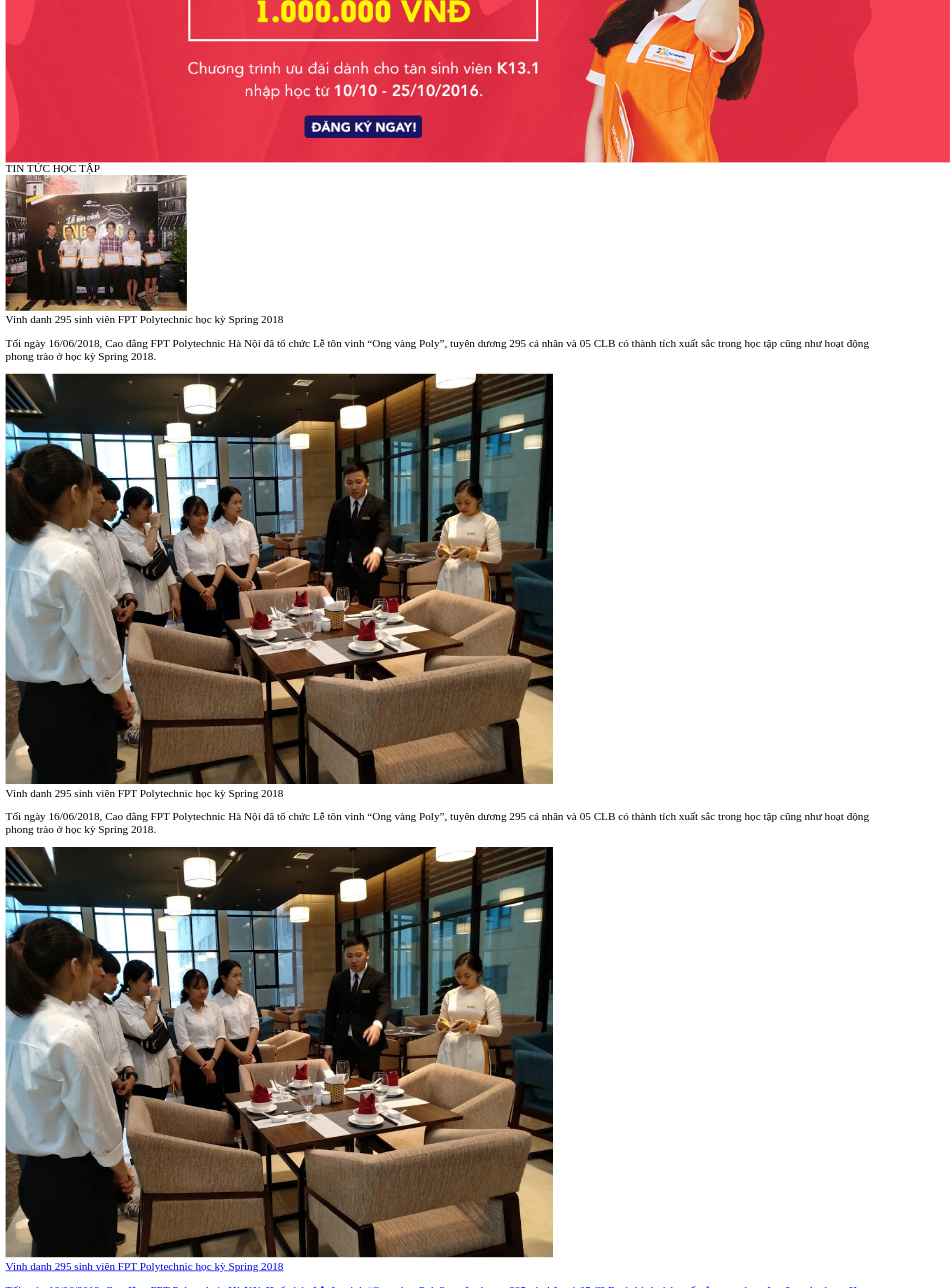
Repository: manhkkkk/assigntment
Page: index.html
These files come from the project's save history. The page is drawn as it stood at one moment and after the next save; the edit follows.
The browser window is 1280 px wide. The page is 1359 px wide, so the pictures cover 1359 px, including what lies to the right of the window. The pictures show the part of the page from y = 930 to 2770 px (the page is 2816 px tall before and 2532 px after), at 70% of full size.

Above is the page before, as saved 2022-01-10 08:02:43.

### index.html
<!DOCTYPE html>
<html lang="en">
    <head>
        <meta charset="UTF-8" />
        <link rel="icon" type="image/svg+xml" href="favicon.svg" />
        <meta http-equiv="X-UA-Compatible" content="IE=edge" />
        <meta name="viewport" content="width=device-width, initial-scale=1.0" />
        <link rel="stylesheet" href="./style.css" />
        <title>Document</title>
    </head>
    <body>
        <header>
            <div class="container mx-auto px-4">
                <div class="bg-blue-900 mx-auto">
                    <img
                        src="./image/logo.png"
                        alt="website logo"
                        class="w-80 h-auto mx-auto"
                    />
                </div>
                <nav
                    class="flex justify-between items-center bg-orange-600 px-3 py-3"
                >
                    <ul
                        class="flex flex-row w-full justify-center items-center"
                        red
                        transitiongreen
                        duration-600
                        ease-in
                    >
                        <li
                            class="mx-12 text-white not-italic font-normal text-lg hover:text-green-500 transition duration-600 ease-in"
                        >
                            <a href="">Trang Chủ</a>
                        </li>
                        <li
                            class="mx-12 text-white not-italic font-normal text-lg hover:text-green-500 transition duration-600 ease-in"
                        >
                            <a href="">Tuyển Sinh</a>
                        </li>
                        <li
                            class="mx-12 text-white not-italic font-normal text-lg hover:text-green-500 transition duration-600 ease-in"
                        >
                            <a href="">Chương Trình Đào Tạo</a>
                        </li>
                        <li
                            class="mx-12 text-white not-italic font-normal text-lg hover:text-green-500 transition duration-600 ease-in"
                        >
                            <a href="">Góc Tuyển Sinh</a>
                        </li>
                        <li
                            class="mx-12 text-white not-italic font-normal text-lg hover:text-green-500 transition duration-600 ease-in"
                        >
                            <a href="">Tuyển Dụng</a>
                        </li>
                    </ul>
                    <div class="flex right-3">
                        <div>
                            <input
                                class="py-1 border-none px-2"
                                type="text"
                                placeholder="Search.."
                            />
                        </div>
                        <div class="pl-5">
                            <button
                                class="bg-blue-900 py-1 px-3 border-solid border border-white-900 text-white hover:bg-green-500 transition duration-600 ease-in"
                                type="submit"
                            >
                                Submit
                            </button>
                        </div>
                    </div>
                </nav>
                <div
                    class="w-full h-auto pt-4 bg-cover bg-center overflow-hidden relative"
                >
                    <img
                        class="mySlides w-full h-auto bg-cover bg-center relative delay-700"
                        src="./image/Banner1.png"
                    />
                    <img
                        class="mySlides w-full h-auto bg-cover bg-center relative delay-700"
                        src="./image/Banner2.png"
                    />
                </div>
            </div>
        </header>
        <section>
            <div class="container mx-auto px-4">
                <div class="py-5">
                    <span class="text-2xl font-bold text-blue-900"
                        >TIN TỨC HỌC TẬP</span
                    >
                </div>
                <div class="grid gap-4 grid-cols-3 grid-rows-3">
                    <article class="border border-sky-500 p-7">
                        <div>
                            <img src="./image/im-1.png" class="w-full" />
                        </div>
                        <div>
                            <div class="py-3">
                                <span class="text-xl font-bold text-red-900">
                                    Vinh danh 295 sinh viên FPT Polytechnic học
                                    kỳ Spring 2018
                                </span>
                            </div>
                            <p class="text-justify not-italic text-base">
                                Tối ngày 16/06/2018, Cao đẳng FPT Polytechnic Hà
                                Nội đã tổ chức Lễ tôn vinh “Ong vàng Poly”,
                                tuyên dương 295 cá nhân và 05 CLB có thành tích
                                xuất sắc trong học tập cũng như hoạt động phong
                                trào ở học kỳ Spring 2018.
                            </p>
                        </div>
                    </article>
                    <article class="border border-sky-500 p-7">
                        <div>
                            <img
                                src="./image/im-3.png"
                                class="w-full h-full p-2"
                            />
                        </div>
                        <div>
                            <div class="py-3">
                                <span class="text-xl font-bold text-red-900">
                                    Vinh danh 295 sinh viên FPT Polytechnic học
                                    kỳ Spring 2018
                                </span>
                            </div>
                            <p class="text-justify not-italic text-base">
                                Tối ngày 16/06/2018, Cao đẳng FPT Polytechnic Hà
                                Nội đã tổ chức Lễ tôn vinh “Ong vàng Poly”,
                                tuyên dương 295 cá nhân và 05 CLB có thành tích
                                xuất sắc trong học tập cũng như hoạt động phong
                                trào ở học kỳ Spring 2018.
                            </p>
                        </div>
                    </article>

                    <article class="border border-sky-500 p-7">
                        <div>
                            <a href=""
                                ><img src="./image/im-3.png" class="w-full p-2"
                            /></a>
                        </div>
                        <div>
                            <div class="py-3">
                                <span class="text-xl font-bold text-red-900"
                                    ><a href="#">
                                        Vinh danh 295 sinh viên FPT Polytechnic
                                        học kỳ Spring 2018
                                    </a>
                                </span>
                            </div>
                            <p class="text-justify not-italic text-base">
                                <a href="#">
                                    Tối ngày 16/06/2018, Cao đẳng FPT
                                    Polytechnic Hà Nội đã tổ chức Lễ tôn vinh
                                    “Ong vàng Poly”, tuyên dương 295 cá nhân và
                                    05 CLB có thành tích xuất sắc trong học tập
                                    cũng như hoạt động phong trào ở học kỳ
                                    Spring 2018.
                                </a>
                            </p>
                        </div>
                    </article>
                </div>
                <div>
                    <article></article>
                    <article></article>
                    <article></article>
                </div>
            </div>
        </section>
        <script type="module" src="./src/main.js"></script>
    </body>
</html>

### style.css
@tailwind base;
@tailwind components;
@tailwind utilities;
.mySlides {
    position: relative;
    animation: animateright 0.4s;
}
@keyframes animateright {
    from {
        right: -300px;
        opacity: 0;
    }
    to {
        right: 0;
        opacity: 1;
    }
}

### src/main.js
var myIndex = 0;
carousel();

function carousel() {
  var i;
  var x = document.getElementsByClassName("mySlides");
  for (i = 0; i < x.length; i++) {
    x[i].style.display = "none";
  }
  myIndex++;
  if (myIndex > x.length) {myIndex = 1}
  x[myIndex-1].style.display = "block";
  setTimeout(carousel, 3000);
}

After the next save:
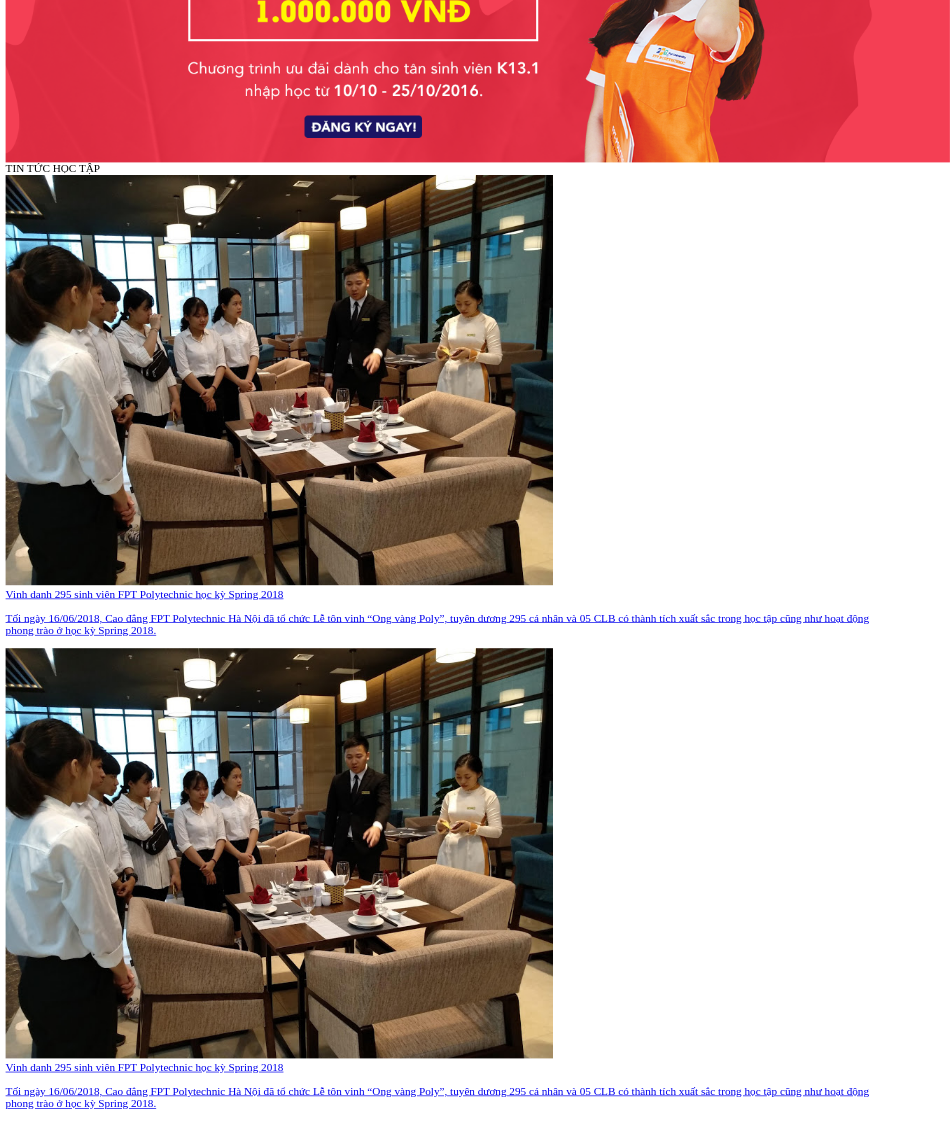
Saved 30 s later.
--- a/index.html
+++ b/index.html
@@ -96,44 +96,28 @@
                 <div class="grid gap-4 grid-cols-3 grid-rows-3">
                     <article class="border border-sky-500 p-7">
                         <div>
-                            <img src="./image/im-1.png" class="w-full" />
+                            <a href=""
+                                ><img src="./image/im-3.png" class="w-full p-2"
+                            /></a>
                         </div>
                         <div>
                             <div class="py-3">
-                                <span class="text-xl font-bold text-red-900">
-                                    Vinh danh 295 sinh viên FPT Polytechnic học
-                                    kỳ Spring 2018
+                                <span class="text-xl font-bold text-red-900"
+                                    ><a href="#">
+                                        Vinh danh 295 sinh viên FPT Polytechnic
+                                        học kỳ Spring 2018
+                                    </a>
                                 </span>
                             </div>
                             <p class="text-justify not-italic text-base">
-                                Tối ngày 16/06/2018, Cao đẳng FPT Polytechnic Hà
-                                Nội đã tổ chức Lễ tôn vinh “Ong vàng Poly”,
-                                tuyên dương 295 cá nhân và 05 CLB có thành tích
-                                xuất sắc trong học tập cũng như hoạt động phong
-                                trào ở học kỳ Spring 2018.
-                            </p>
-                        </div>
-                    </article>
-                    <article class="border border-sky-500 p-7">
-                        <div>
-                            <img
-                                src="./image/im-3.png"
-                                class="w-full h-full p-2"
-                            />
-                        </div>
-                        <div>
-                            <div class="py-3">
-                                <span class="text-xl font-bold text-red-900">
-                                    Vinh danh 295 sinh viên FPT Polytechnic học
-                                    kỳ Spring 2018
-                                </span>
-                            </div>
-                            <p class="text-justify not-italic text-base">
-                                Tối ngày 16/06/2018, Cao đẳng FPT Polytechnic Hà
-                                Nội đã tổ chức Lễ tôn vinh “Ong vàng Poly”,
-                                tuyên dương 295 cá nhân và 05 CLB có thành tích
-                                xuất sắc trong học tập cũng như hoạt động phong
-                                trào ở học kỳ Spring 2018.
+                                <a href="#">
+                                    Tối ngày 16/06/2018, Cao đẳng FPT
+                                    Polytechnic Hà Nội đã tổ chức Lễ tôn vinh
+                                    “Ong vàng Poly”, tuyên dương 295 cá nhân và
+                                    05 CLB có thành tích xuất sắc trong học tập
+                                    cũng như hoạt động phong trào ở học kỳ
+                                    Spring 2018.
+                                </a>
                             </p>
                         </div>
                     </article>
